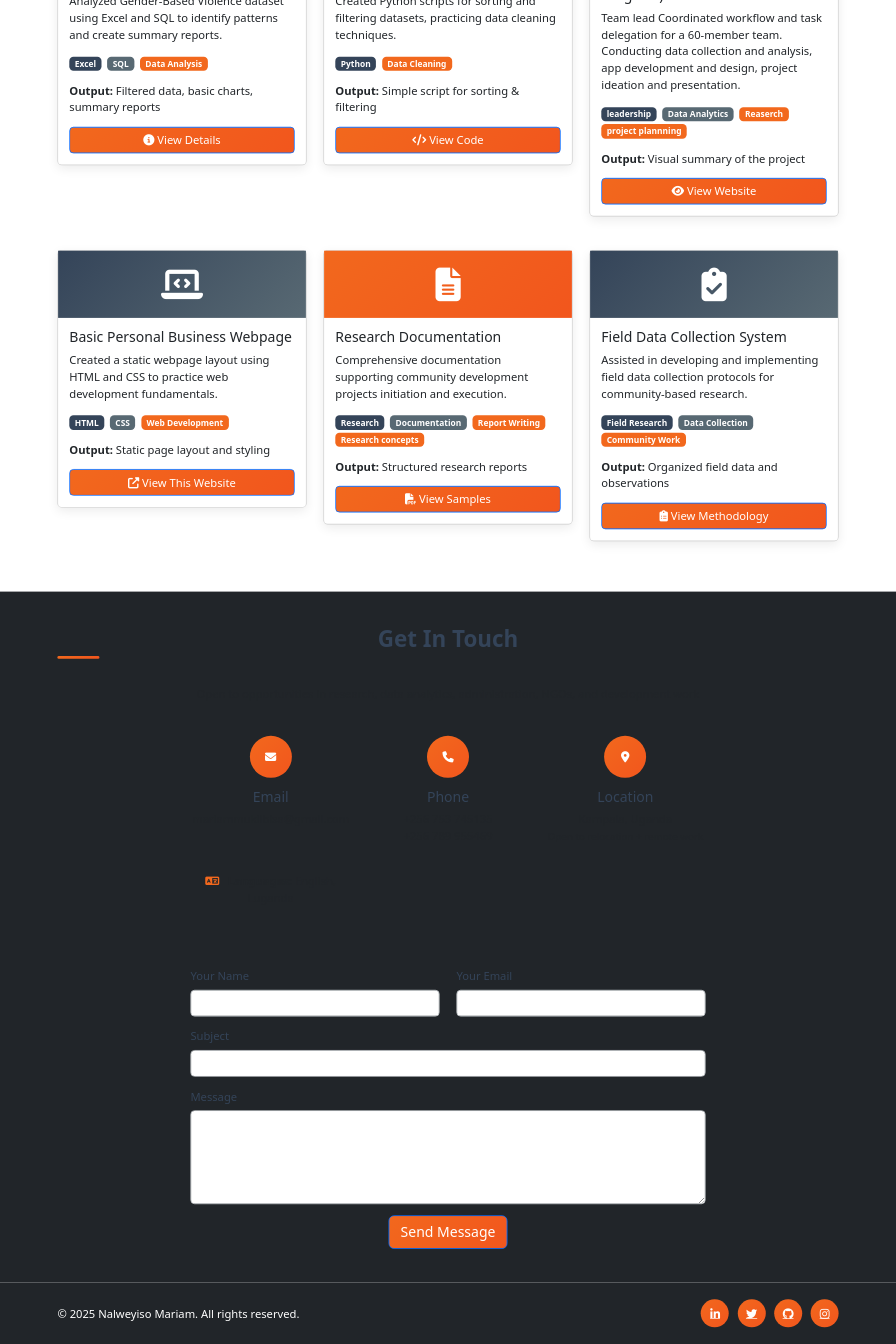
Repository: NalweMari/My-Personal-Portfolio
Page: index.html
The author's editor kept a copy of each file at every save. The page is drawn from the files as they stood at one save, then again after the next save.
The browser window is 1280 px wide. The pictures show the part of the page from y = 1803 to 3723 px (the page is 3723 px tall), at 70% of full size.
A picture or video elsewhere on the page could not be fetched, so the positions and the page height are approximate.

Above is the page before, as saved 2025-12-05 17:43:48.
Console error (its wording comes from the project's code and is left out).

After the next save:
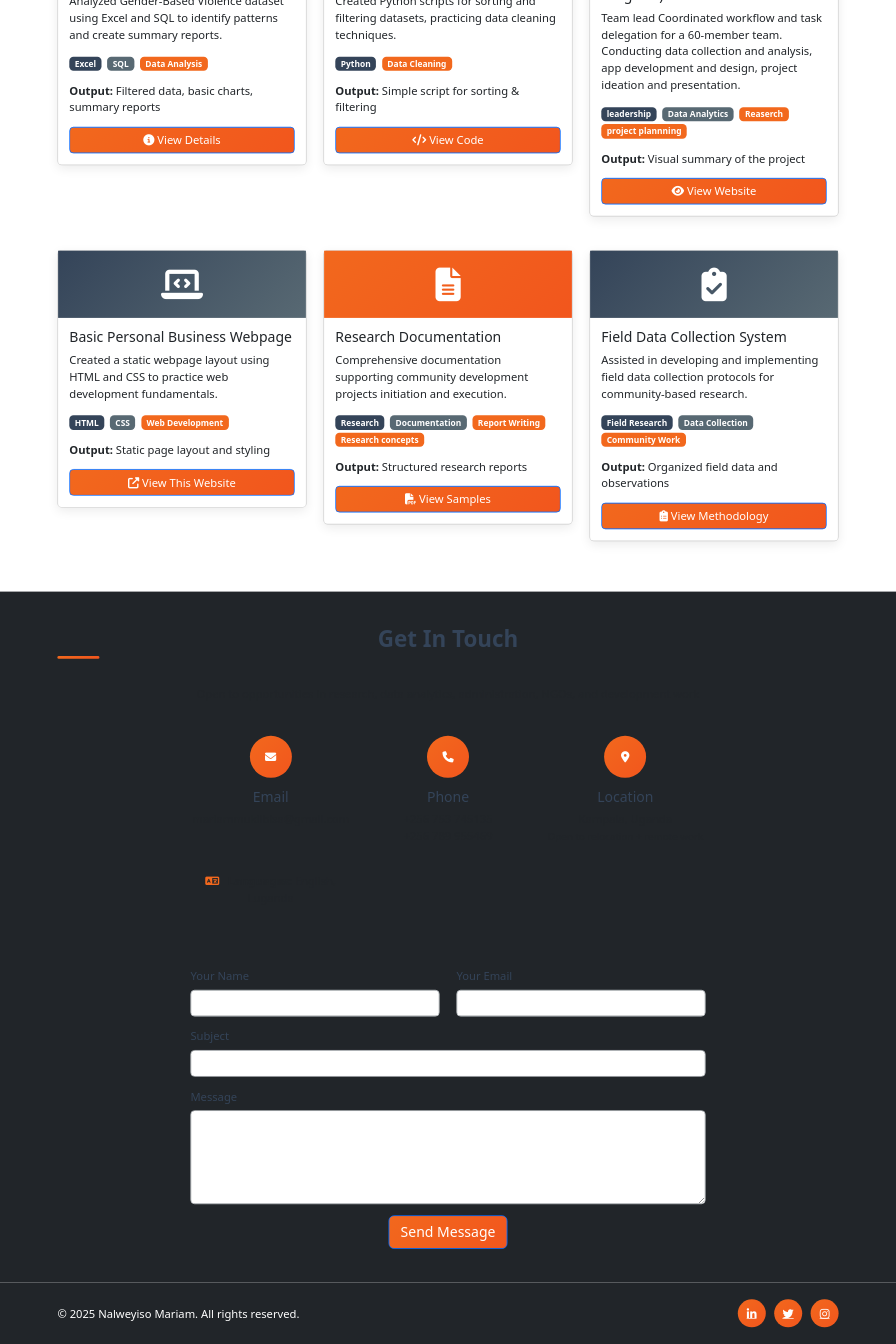
Saved 23 s later.
--- a/index.html
+++ b/index.html
@@ -407,7 +407,7 @@
                     <div class="mt-3 mt-md-0">
                         <a href="http://www.linkedin.com/in/nalweyiso-mariam-2a8868233" class="social-icon me-2"><i class="fab fa-linkedin-in"></i></a>
                         <a href="#" class="social-icon me-2"><i class="fab fa-twitter"></i></a>
-                        <a href="#" class="social-icon me-2"><i class="fab fa-github"></i></a>
+
                         <a href="#" class="social-icon"><i class="fab fa-instagram"></i></a>
                     </div>
                 </div>
